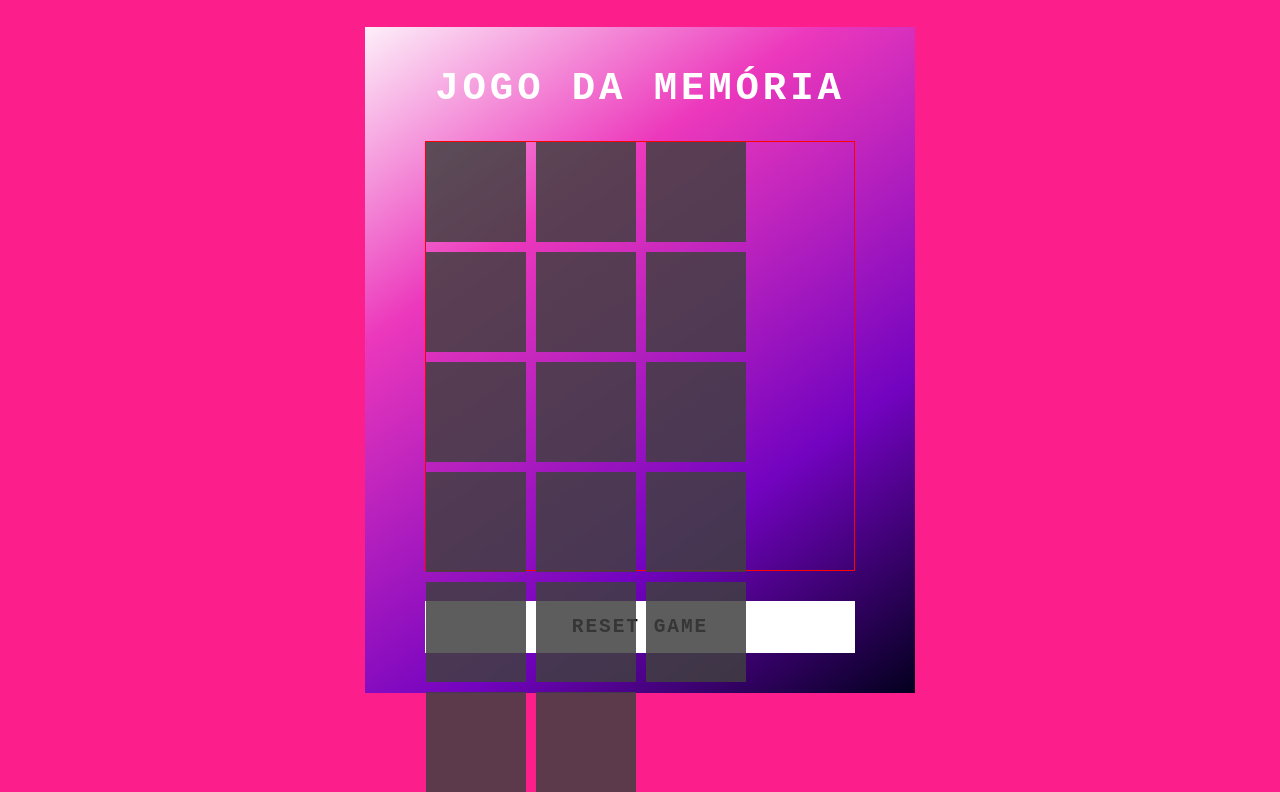
Repository: Zoemateus324/memory-game
Page: index.html
These files come from the project's save history. The page is drawn as it stood at one moment and after the next save; the edit follows.
The browser window is 1280 px wide. The pictures show the whole page.

Above is the page before, as saved 2024-11-27 08:57:13.

### index.html
<!DOCTYPE html>
<html lang="pt-br">

<head>
    <meta charset="UTF-8">
    <meta name="viewport" content="width=device-width, initial-scale=1.0">
    <title>Memory Game</title>
    <link rel="stylesheet" href="./src/styles/reset.css">
    <link rel="stylesheet" href="./src/styles/main.css">
</head>

<body>
    <div class="container">
        <h2>Jogo da Memória</h2>
        <div class="game">
            <div class="item"></div>
        </div>
        <button class="reset" onclick="window.location.reload()">RESET GAME</button>
    </div>



    <script src="./src/scripts/engine.js" defer></script>
</body>

</html>

### src/styles/reset.css
*{
    margin:0;
    padding:0;
    outline:none;
    box-sizing:border-box;
    font-family:monospace;
}

### src/styles/main.css
body{
    display:flex;
    justify-content:center;
    align-items:center;
    min-height:100vh;
    background:#fc1e8a;

}


.container{
    position:relative;
    display:flex;
    flex-direction:column;
    justify-content:center;
    align-items:center;
    gap:30px;
    background:linear-gradient(
        325deg,
        #03001e 0%,
        #7303c0 30%,
        #ec38bc 70%,
        #fdeff9 100%
    );
    padding:40px 60px;
}


h2{
    font-size:3em;
    color: #fff;
    text-transform:uppercase;
    letter-spacing:0.1em;
}


.reset{
    padding:15px 20px;
    width:100%;
    color:#000;
    background-color:#fff;
    border:none;
    font-size:1.5em;
    letter-spacing:0.1em;
    text-transform:uppercase;
    cursor:pointer;
    font-weight:600;

}

.reset:focus{
    color:#ec38bc;
    background-color:#262809;
}


.game{
    display:flex;
    width:430px;
    height:430px;
    border:1px solid red;
    flex-wrap:wrap;
    gap:10px;
    transform-style:preserve-3d;
    perspective:500px;
}


.item{
    position:relative;
    width:100px;
    height:100px;
    opacity:85%;
    display:flex;
    align-items:center;
    justify-content:center;
    background-color:#fff;


    font-size:3em;
    transform:rotateY(180deg);
    transition:0.25s;
}

.item::after{
    content:"";
    position:absolute;
    inset:0;
    background:#404040;
    transition:0.25s;
    transform:rotateY(0deg);
    backface-visibility:hidden;
}

### src/scripts/engine.js
const emojis = [
    "😁",
    "😁",
    "😢",
    "😢",
    "😤",
    "😤",
    "🤡",
    "🤡",
    "👹",
    "👹",
    "🐵",
    "🐵",
    "🦄",
    "🦄",
    "🦁",
    "🦁"
];
let openCards = [];



let shuffleEmojis = emojis.sort(() => (Math.random() > 0.5 ? 2 : -1));



for (let i = 0; i < emojis.length; i++) {
    let box = document.createElement("div");
    box.className = "item";
    box.innerHTML = shuffleEmojis[i];
    document.querySelector(".game").appendChild(box);
}

After the next save:
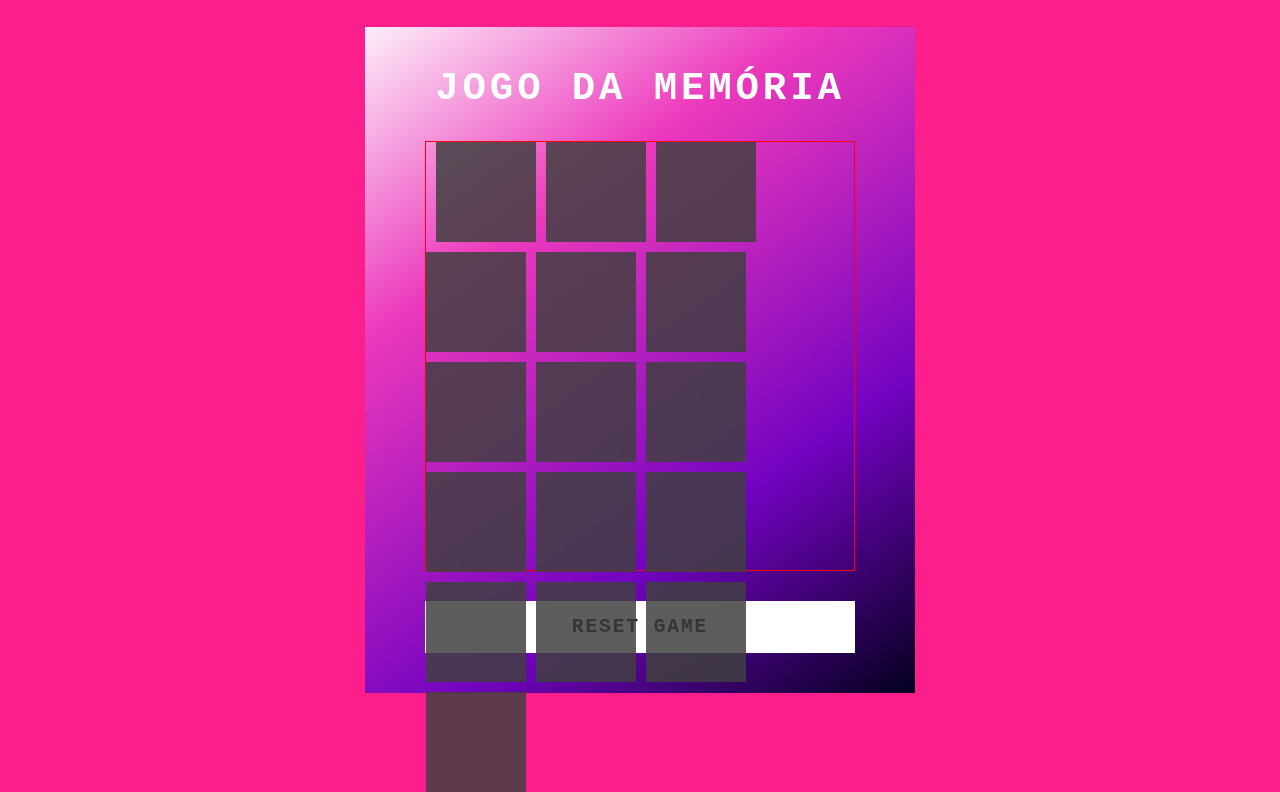
Saved 18 s later.
--- a/index.html
+++ b/index.html
@@ -13,7 +13,7 @@
     <div class="container">
         <h2>Jogo da Memória</h2>
         <div class="game">
-            <div class="item"></div>
+            <div id="item"></div>
         </div>
         <button class="reset" onclick="window.location.reload()">RESET GAME</button>
     </div>

After the save that followed:
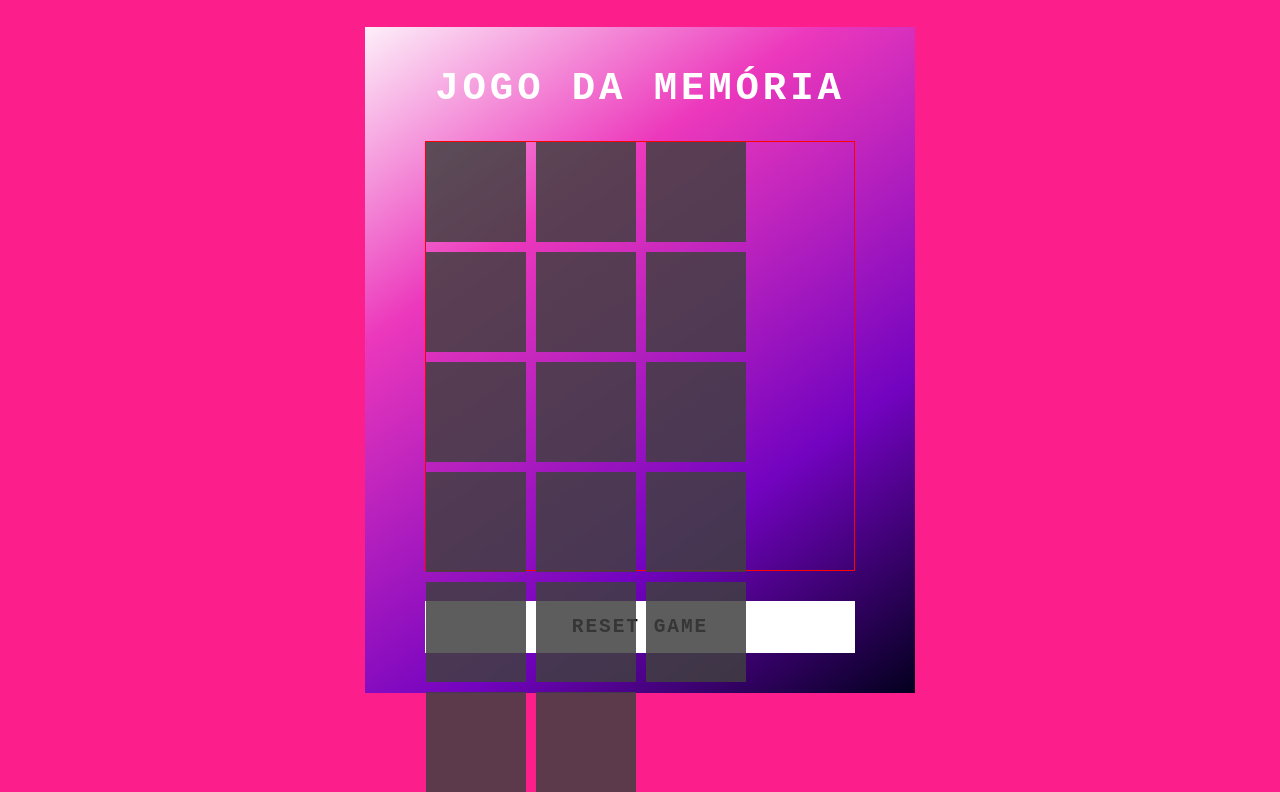
Saved 4 s later.
--- a/index.html
+++ b/index.html
@@ -13,7 +13,7 @@
     <div class="container">
         <h2>Jogo da Memória</h2>
         <div class="game">
-            <div id="item"></div>
+            <div class="item"></div>
         </div>
         <button class="reset" onclick="window.location.reload()">RESET GAME</button>
     </div>
